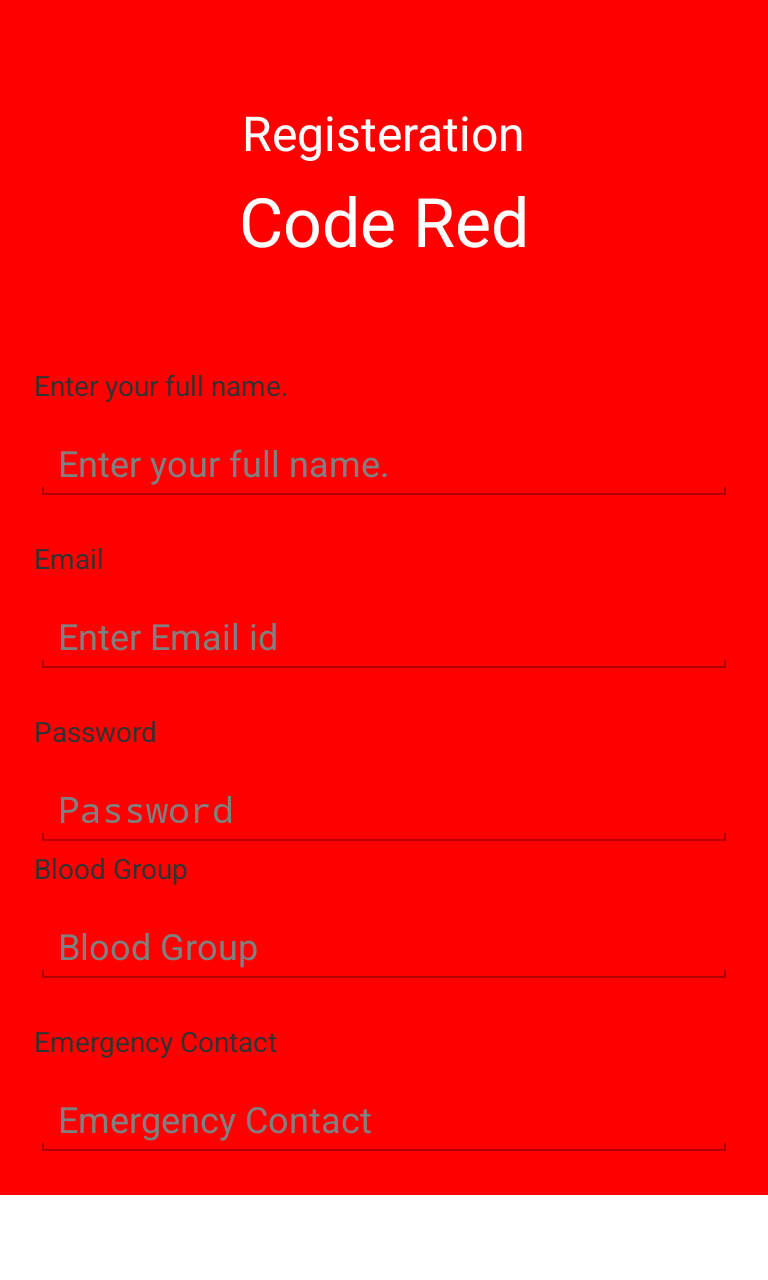
Repository: coderedteam/codered
Layout: AndroidSourceCode/CodeRed/res/layout/activity_registeration.xml
These files come from the project's save history. The layout is drawn as it stood at one moment and after the next save; the edit follows.
It is drawn on a 768 x 1280 px phone screen (xhdpi) without system bars, with theme AppTheme; the app's code is not run.

Above is the layout before, as saved 2014-11-27 11:16:58.

### AndroidSourceCode/CodeRed/res/layout/activity_registeration.xml
<ScrollView xmlns:android="http://schemas.android.com/apk/res/android"
    xmlns:tools="http://schemas.android.com/tools"
    android:id="@+id/scrollview"
    android:layout_width="fill_parent"
    android:layout_height="fill_parent" >

    <LinearLayout
        android:layout_width="match_parent"
        android:layout_height="wrap_content"
        android:background="@color/red"
        android:orientation="vertical"
        tools:context="${relativePackage}.${activityClass}" >

        <LinearLayout
            android:layout_width="match_parent"
            android:layout_height="wrap_content"
            android:layout_marginBottom="50dip"
            android:gravity="top"
            android:orientation="vertical" >

            <TextView
                android:id="@+id/txtRegisteration"
                android:layout_width="wrap_content"
                android:layout_height="wrap_content"
                android:layout_gravity="center_horizontal"
                android:layout_marginTop="50dip"
                android:text="@string/txtRegisteration"
                android:textColor="@color/white"
                android:textSize="24sp" />

            <TextView
                android:id="@+id/txtMoonshot"
                android:layout_width="wrap_content"
                android:layout_height="wrap_content"
                android:layout_gravity="center_horizontal"
                android:layout_marginTop="5dip"
                android:text="@string/app_name"
                android:textColor="@color/white"
                android:textSize="34sp" />
        </LinearLayout>

        <LinearLayout
            android:id="@+id/layoutLogin"
            android:layout_width="match_parent"
            android:layout_height="wrap_content"
            android:layout_marginLeft="@dimen/login_container_screen_margin"
            android:layout_marginRight="@dimen/login_container_screen_margin"
            android:orientation="vertical" >

            <TextView
                android:id="@+id/lblName"
                android:layout_width="match_parent"
                android:layout_height="wrap_content"
                android:paddingBottom="@dimen/margin_small_layout"
                android:text="@string/txtName" />

            <EditText
                android:id="@+id/txtNameEditBox"
                android:layout_width="match_parent"
                android:layout_height="wrap_content"
                android:layout_marginBottom="@dimen/edit_view_gap_margin"
                android:hint="@string/txtName"
                android:inputType="textEmailAddress" >
            </EditText>

            <TextView
                android:id="@+id/lblEmail"
                android:layout_width="match_parent"
                android:layout_height="wrap_content"
                android:paddingBottom="@dimen/margin_small_layout"
                android:text="@string/lblEmail" />

            <EditText
                android:id="@+id/txtUsername"
                android:layout_width="match_parent"
                android:layout_height="wrap_content"
                android:layout_marginBottom="@dimen/edit_view_gap_margin"
                android:hint="@string/txtDefaultEmail"
                android:inputType="textEmailAddress" >
            </EditText>

            <TextView
                android:id="@+id/lblPswd"
                android:layout_width="match_parent"
                android:layout_height="wrap_content"
                android:paddingBottom="10dip"
                android:text="@string/lblPswd" />

            <EditText
                android:id="@+id/txtPassword"
                android:layout_width="match_parent"
                android:layout_height="wrap_content"
                android:hint="@string/txtDefaultPswd"
                android:inputType="textPassword" >
            </EditText>

            <TextView
                android:id="@+id/lblBloodGroup"
                android:layout_width="match_parent"
                android:layout_height="wrap_content"
                android:paddingBottom="@dimen/margin_small_layout"
                android:text="@string/txtBloodGroup" />

            <EditText
                android:id="@+id/txtBloodGroupEditBox"
                android:layout_width="match_parent"
                android:layout_height="wrap_content"
                android:layout_marginBottom="@dimen/edit_view_gap_margin"
                android:hint="@string/txtBloodGroup"
                android:inputType="textEmailAddress" >
            </EditText>

            <TextView
                android:id="@+id/lblEmergencyContact"
                android:layout_width="match_parent"
                android:layout_height="wrap_content"
                android:paddingBottom="@dimen/margin_small_layout"
                android:text="@string/txtemergencyContact" />

            <EditText
                android:id="@+id/txttxtemergencyContactEditBox"
                android:layout_width="match_parent"
                android:layout_height="wrap_content"
                android:layout_marginBottom="@dimen/edit_view_gap_margin"
                android:hint="@string/txtemergencyContact"
                android:inputType="textEmailAddress" >
            </EditText>
        </LinearLayout>
    </LinearLayout>

</ScrollView>

### AndroidSourceCode/CodeRed/res/values/colors.xml
<?xml version="1.0" encoding="utf-8"?>
<resources>

    <item name="blue" type="color">#0b2265</item>
    <item name="white" type="color">#FFFFFF</item>
    <item name="black" type="color">#000000</item>
    <item name="red" type="color">#FF0000</item>
    <item name="grey" type="color">#C0C0C0</item>
    <item name="transparent" type="color">#00000000</item>
    <item name="rowTextColor" type="color">#003478</item>
    <item name="btnBgColor" type="color">#b6bf00</item>
    <item name="tabBgColor" type="color">#bcdee3</item>
    <item name="darkAqua" type="color">#39919A</item>
    <item name="circle_inner_color" type="color">#0066a1</item>
    <item name="circle_outer_color" type="color">#9ACDD4</item>
    <item name="health_score_color" type="color">#252525</item>
    <item name="rowTextColorWithOpacity" type="color">#66003478</item>
    <item name="whiteWithOpacity" type="color">#77FFFFFF</item>
    <item name="whiteWithOpacity20" type="color">#33FFFFFF</item>
    <item name="navigationDrawerFontColor" type="color">#B3C8E6</item>
    <item name="bottom_bg_color" type="color">#53797d</item>

    <color name="manual_entry_circle_bg_blue">#0066A1</color>
    <color name="manual_entry_circle_bg_gray_transparent">#FFFFFF</color>

    <item name="redwithOpacity" type="color">#DDFFFFFF</item>

</resources>

### AndroidSourceCode/CodeRed/res/values/strings.xml
<?xml version="1.0" encoding="UTF-8" standalone="no"?>
<resources>

    <string name="app_name">Code Red</string>
    <string name="lblWelcome">Welcome</string>
    <string name="lblEmail">Email</string>
    <string name="txtDefaultEmail">Enter Email id</string>
    <string name="lblPswd">Password</string>
    <string name="txtDefaultPswd">Password</string>
    <string name="txtBtnSignIn">Sign In</string>
    <string name="txtBtnCreateNewAccount">Create new account</string>
    <string name="txtInternetConnectionNotPresent">Internet connection not present</string>
    <string name="dlgMsgLoginSuccess">Login in progress</string>
    <string name="txtNetworkError">Network error. Please check your internet connection</string>
    <string name="txtUnknownError">Unknown error.</string>
    <string name="txtServerError">Illegal server response.</string>
    <string name="txtName">Enter your full name.</string>
    <string name="txtBloodGroup">Blood Group</string>
    <string name="txtemergencyContact">Emergency Contact</string>
    <string name="txtRegisteration">Registeration</string>

</resources>

### AndroidSourceCode/CodeRed/res/values/dimen.xml
<?xml version="1.0" encoding="utf-8"?>
<resources>

    <dimen name="login_container_screen_margin">17dp</dimen>
    <dimen name="margin_small_layout">10dip</dimen>
    <dimen name="edit_view_gap_margin">18dp</dimen>
    <dimen name="edit_left_margin">70dp</dimen>
    <dimen name="edit_right_margin">70dp</dimen>
    <dimen name="edit_left_padding">40dp</dimen>
    <dimen name="edit_right_padding">10dp</dimen>
    <dimen name="edit_bottom_padding">5dp</dimen>
    <dimen name="edit_top_padding">5dp</dimen>
    <dimen name="edit_text_size">16sp</dimen>

</resources>

Loaded but not shown: AndroidSourceCode/CodeRed/res/values/styles.xml (common file); AndroidSourceCode/CodeRed/res/values-v11/styles.xml (common file); AndroidSourceCode/CodeRed/res/values-v14/styles.xml (common file)

After the next save:
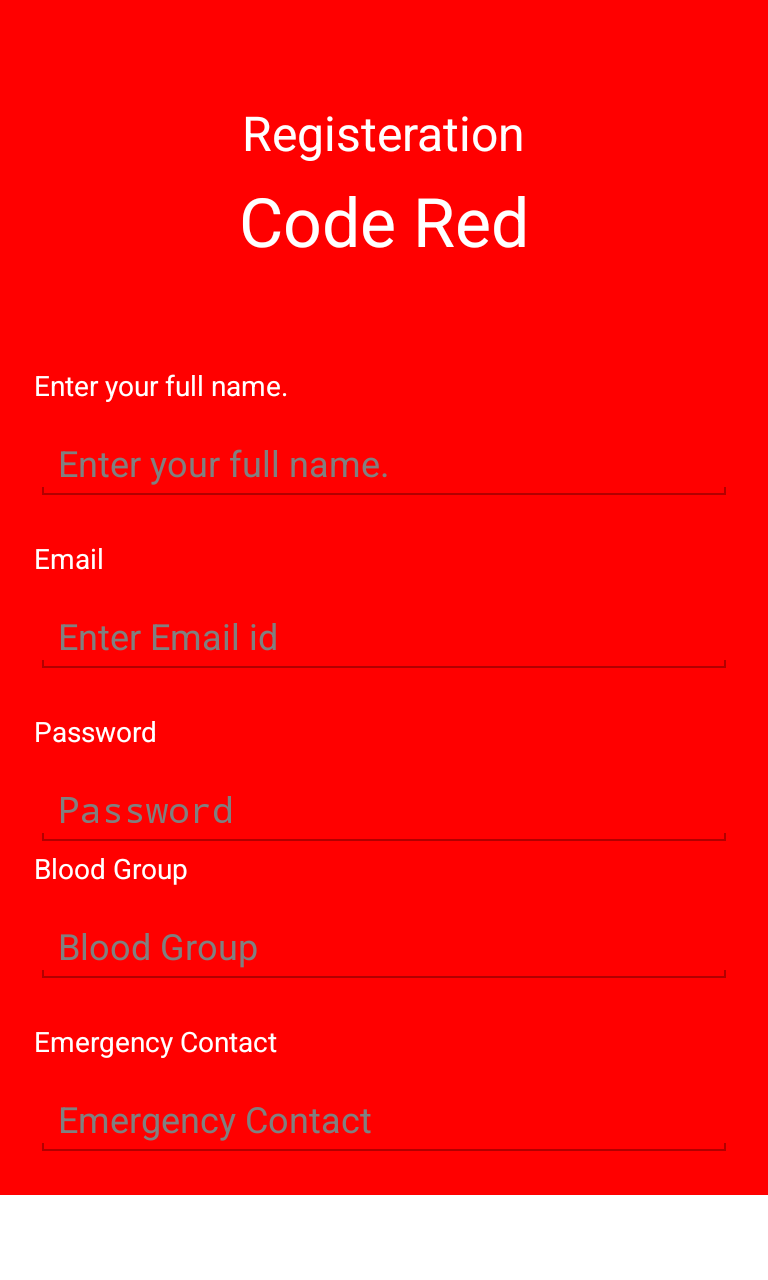
Saved 89 s later.
--- a/AndroidSourceCode/CodeRed/res/layout/activity_registeration.xml
+++ b/AndroidSourceCode/CodeRed/res/layout/activity_registeration.xml
@@ -52,7 +52,8 @@
                 android:layout_width="match_parent"
                 android:layout_height="wrap_content"
                 android:paddingBottom="@dimen/margin_small_layout"
-                android:text="@string/txtName" />
+                android:text="@string/txtName"
+                android:textColor="@color/white" />
 
             <EditText
                 android:id="@+id/txtNameEditBox"
@@ -68,7 +69,8 @@
                 android:layout_width="match_parent"
                 android:layout_height="wrap_content"
                 android:paddingBottom="@dimen/margin_small_layout"
-                android:text="@string/lblEmail" />
+                android:text="@string/lblEmail"
+                android:textColor="@color/white" />
 
             <EditText
                 android:id="@+id/txtUsername"
@@ -84,7 +86,8 @@
                 android:layout_width="match_parent"
                 android:layout_height="wrap_content"
                 android:paddingBottom="10dip"
-                android:text="@string/lblPswd" />
+                android:text="@string/lblPswd"
+                android:textColor="@color/white" />
 
             <EditText
                 android:id="@+id/txtPassword"
@@ -99,7 +102,8 @@
                 android:layout_width="match_parent"
                 android:layout_height="wrap_content"
                 android:paddingBottom="@dimen/margin_small_layout"
-                android:text="@string/txtBloodGroup" />
+                android:text="@string/txtBloodGroup"
+                android:textColor="@color/white" />
 
             <EditText
                 android:id="@+id/txtBloodGroupEditBox"
@@ -115,7 +119,8 @@
                 android:layout_width="match_parent"
                 android:layout_height="wrap_content"
                 android:paddingBottom="@dimen/margin_small_layout"
-                android:text="@string/txtemergencyContact" />
+                android:text="@string/txtemergencyContact"
+                android:textColor="@color/white" />
 
             <EditText
                 android:id="@+id/txttxtemergencyContactEditBox"
